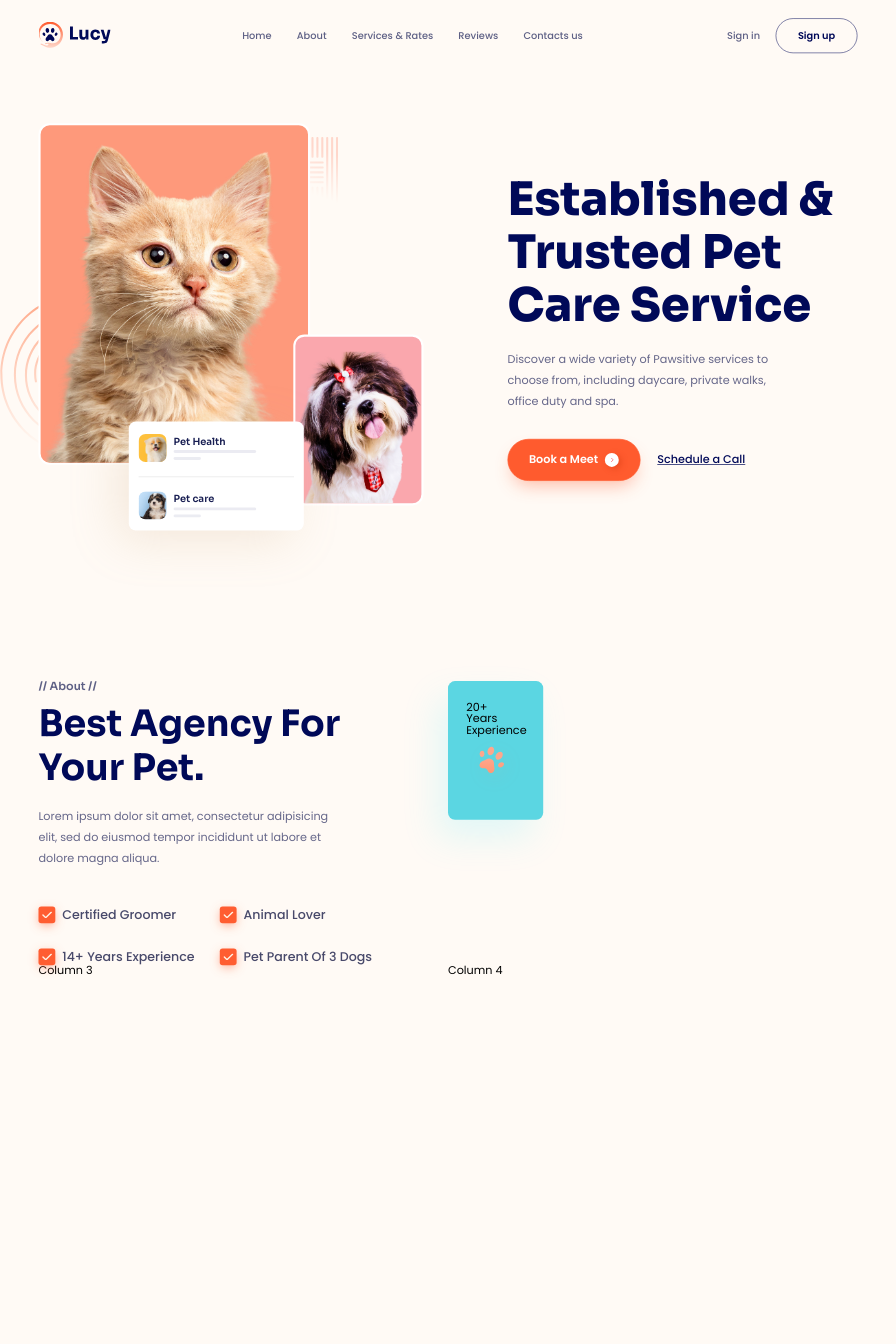
Repository: empty24062002/f8-project-05
Page: index.html
These files come from the project's save history. The page is drawn as it stood at one moment and after the next save; the edit follows.
The browser window is 1280 px wide. The pictures show the part of the page from y = 0 to 1920 px (the page is 10965 px tall), at 70% of full size.

Above is the page before, as saved 2023-09-11 10:07:48.

### index.html
<!DOCTYPE html>
<html lang="en">
    <head>
        <meta charset="UTF-8" />
        <meta name="viewport" content="width=device-width, initial-scale=1.0" />
        <title>Lucy</title>
        <!-- favicon -->
        <link
            rel="apple-touch-icon"
            sizes="57x57"
            href="./assets/favicon/apple-icon-57x57.png"
        />
        <link
            rel="apple-touch-icon"
            sizes="60x60"
            href="./assets/favicon/apple-icon-60x60.png"
        />
        <link
            rel="apple-touch-icon"
            sizes="72x72"
            href="./assets/favicon/apple-icon-72x72.png"
        />
        <link
            rel="apple-touch-icon"
            sizes="76x76"
            href="./assets/favicon/apple-icon-76x76.png"
        />
        <link
            rel="apple-touch-icon"
            sizes="114x114"
            href="./assets/favicon/apple-icon-114x114.png"
        />
        <link
            rel="apple-touch-icon"
            sizes="120x120"
            href="./assets/favicon/apple-icon-120x120.png"
        />
        <link
            rel="apple-touch-icon"
            sizes="144x144"
            href="./assets/favicon/apple-icon-144x144.png"
        />
        <link
            rel="apple-touch-icon"
            sizes="152x152"
            href="./assets/favicon/apple-icon-152x152.png"
        />
        <link
            rel="apple-touch-icon"
            sizes="180x180"
            href="./assets/favicon/apple-icon-180x180.png"
        />
        <link
            rel="icon"
            type="image/png"
            sizes="192x192"
            href="./assets/favicon/android-icon-192x192.png"
        />
        <link
            rel="icon"
            type="image/png"
            sizes="32x32"
            href="./assets/favicon/favicon-32x32.png"
        />
        <link
            rel="icon"
            type="image/png"
            sizes="96x96"
            href="./assets/favicon/favicon-96x96.png"
        />
        <link
            rel="icon"
            type="image/png"
            sizes="16x16"
            href="./assets/favicon/favicon-16x16.png"
        />
        <link rel="manifest" href="./assets/favicon/manifest.json" />
        <meta name="msapplication-TileColor" content="#ffffff" />
        <meta
            name="msapplication-TileImage"
            content="./assets/favicon/ms-icon-144x144.png"
        />
        <meta name="theme-color" content="#ffffff" />
        <!-- reset CSS -->
        <link rel="stylesheet" href="./assets/css/reset.css" />
        <!-- embed font -->
        <link rel="preconnect" href="https://fonts.googleapis.com" />
        <link rel="preconnect" href="https://fonts.gstatic.com" crossorigin />
        <link
            href="https://fonts.googleapis.com/css2?family=Poppins:wght@300;400;500;600&family=Sora:wght@600;700;800&display=swap"
            rel="stylesheet"
        />
        <!-- style css -->
        <link rel="stylesheet" href="./assets/css/styles.css" />
    </head>
    <body>
        <!-- header -->
        <header class="header">
            <div class="container">
                <div class="header__inner">
                    <!-- logo -->
                    <a href="#!">
                        <img
                            src="./assets/img/logo.svg"
                            alt="Lucy"
                            class="header__logo"
                        />
                    </a>
                    <!-- navbar -->
                    <nav class="navbar">
                        <ul class="navbar__list">
                            <li class="navbar__item">
                                <a href="#!" class="navbar__link"> Home </a>
                            </li>
                            <li class="navbar__item">
                                <a href="#!" class="navbar__link"> About </a>
                            </li>
                            <li class="navbar__item">
                                <a href="#!" class="navbar__link"
                                    >Services & Rates
                                </a>
                            </li>
                            <li class="navbar__item">
                                <a href="#!" class="navbar__link"> Reviews </a>
                            </li>
                            <li class="navbar__item">
                                <a href="#!" class="navbar__link">
                                    Contacts us
                                </a>
                            </li>
                        </ul>
                    </nav>
                    <!-- header action -->
                    <div class="header-action">
                        <a href="#!" class="header-action__link">Sign in</a>
                        <a href="#!" class="btn header-action__btn">Sign up</a>
                    </div>
                </div>
            </div>
        </header>
        <!-- hero -->
        <section class="hero">
            <div class="container">
                <div class="hero__inner">
                    <!-- hero media -->
                    <div class="hero__media">
                        <div class="hero__img-wrap">
                            <img
                                src="./assets/img/hero__img1.png"
                                alt=""
                                class="hero__img"
                            />

                            <!-- Decorators -->
                            <img
                                src="./assets/img/decor__01.svg"
                                alt=""
                                class="hero__decor hero__decor-left"
                            />
                            <img
                                src="./assets/img/decor__02.svg"
                                alt=""
                                class="hero__decor hero__decor-right"
                            />
                        </div>
                        <div class="hero__img-wrap hero__img-wrap-small">
                            <img
                                src="./assets/img/hero__img2.png"
                                alt=""
                                class="hero__img"
                            />
                        </div>

                        <div class="hero__list">
                            <!-- hero list item 1 -->
                            <section class="hero-list-item">
                                <img
                                    src="./assets/img/hero__img3.png"
                                    alt=""
                                    class="hero-list-item__thump"
                                />
                                <div class="hero-list-item__info">
                                    <p class="hero-list-item__title">
                                        Pet Health
                                    </p>
                                    <div class="hero-list-item__skeleton"></div>
                                    <div
                                        class="hero-list-item__skeleton"
                                        style="--width: 39px"
                                    ></div>
                                </div>
                            </section>

                            <div class="hero-list-item__separate"></div>
                            <!-- hero list item 2 -->
                            <section class="hero-list-item">
                                <img
                                    src="./assets/img/hero__img4.png"
                                    alt=""
                                    class="hero-list-item__thump"
                                />
                                <div class="hero-list-item__info">
                                    <p class="hero-list-item__title">
                                        Pet care
                                    </p>
                                    <div class="hero-list-item__skeleton"></div>
                                    <div
                                        class="hero-list-item__skeleton"
                                        style="--width: 39px"
                                    ></div>
                                </div>
                            </section>
                        </div>
                    </div>
                    <!-- hero content -->
                    <section class="hero__content">
                        <h1 class="hero__heading">
                            Established & Trusted Pet Care Service
                        </h1>
                        <p class="hero__desc">
                            Discover a wide variety of Pawsitive services to
                            choose from, including daycare, private walks,
                            office duty and spa.
                        </p>
                        <div class="hero__row">
                            <a href="#!" class="btn btn--primary hero__cta-btn">
                                Book a Meet
                                <span class="btn__icon">
                                    <svg
                                        width="5"
                                        height="6"
                                        viewBox="0 0 5 6"
                                        fill="none"
                                        xmlns="http://www.w3.org/2000/svg"
                                    >
                                        <path
                                            d="M1.48584 0.5L3.98584 3L1.48584 5.5"
                                            stroke="#FD5056"
                                            stroke-linecap="round"
                                            stroke-linejoin="round"
                                        />
                                    </svg>
                                </span>
                            </a>
                            <a href="#!" class="hero__cta-link">
                                Schedule a Call
                            </a>
                        </div>
                    </section>
                </div>
            </div>
        </section>
        <main style="height: 10000px">
            <!-- about -->
            <section class="about">
                <div class="container">
                    <div class="about__inner">
                        <section class="about__content">
                            <p class="about__lable">// About //</p>
                            <h2 class="about__heading section-heading">
                                Best Agency For Your Pet.
                            </h2>
                            <p class="about__desc section-desc">
                                Lorem ipsum dolor sit amet, consectetur
                                adipisicing elit, sed do eiusmod tempor
                                incididunt ut labore et dolore magna aliqua.
                            </p>
                            <div class="about__checklist">
                                <span class="about__check-item">
                                    Certified Groomer
                                </span>
                                <span class="about__check-item">
                                    Animal Lover
                                </span>
                                <span class="about__check-item">
                                    14+ Years Experience
                                </span>
                                <span class="about__check-item">
                                    Pet Parent Of 3 Dogs
                                </span>
                            </div>
                        </section>
                        <div class="about__media">
                            <!-- About card -->
                            <div class="about__card">
                                <b class="about__card-title">20+</b>
                                <p class="about__card-desc">Years Experience</p>
                                <img
                                    src="./assets/img/about-decor1.svg"
                                    alt=""
                                    class="about__card-decor"
                                />
                            </div>
                        </div>
                        <div class="about__media">Column 3</div>
                        <section class="about__content">Column 4</section>
                    </div>
                </div>
            </section>
        </main>
    </body>
</html>

### assets/css/styles.css
* {
    box-sizing: border-box;
}

:root {
    --primary-color: #ff5b2e;
}

html {
    font-size: 62.5%;
}

body {
    font-size: 1.6rem;
    font-family: "Poppins", sans-serif;
    background: #fffaf5;
}

/* common */

h1,
h2,
h3,
h4,
h5,
h6 {
    font-family: "Sora", sans-serif;
}

input,
textarea,
select,
button {
    font-size: inherit;
    font-family: inherit;
}

a {
    text-decoration: none;
}

.container {
    width: 1170px;
    max-width: calc(100% - 48px);
    margin: 0 auto;
}

.btn {
    --height: 56px;

    display: inline-flex;
    align-items: center;
    justify-content: center;
    min-width: 130px;
    height: var(--height);
    line-height: var(--height);
    border: 1px solid rgb(0, 9, 88, 0.7);
    border-radius: 99px;
    color: #000958;
    text-align: center;
    font-size: 1.4rem;
    font-weight: 600;
}

.btn:hover {
    opacity: 0.8;
    cursor: pointer;
}

.btn--primary {
    background: var(--primary-color);
    color: #fff;
    border-color: var(--primary-color);
}

.btn__icon {
    display: flex;
    justify-content: center;
    align-items: center;
    margin-left: 10px;
    width: 20px;
    height: 20px;
    border-radius: 50%;
    background-color: #fff;
    box-shadow: 4px 3px 10px -1px rgba(191, 41, 0, 0.4);
}

.section-heading {
    color: #000958;
    font-family: "Sora", sans-serif;
    font-size: 5.2rem;
    font-weight: 700;
    line-height: 1.19;
}

.section-desc {
    margin-top: 24px;
    color: #656689;
    font-size: 1.6rem;
    font-weight: 400;
    line-height: 1.87; /* 187.5% */
}

/* header */
.header {
    padding: 26px 0;
}

.header__inner {
    display: flex;
    justify-content: space-between;
    align-items: center;
}

.navbar__list {
    display: flex;
}

.navbar__link,
.header-action__link {
    padding: 8px 18px;
    color: #5e6085;
    font-size: 1.4rem;
    font-weight: 500;
    line-height: 1; /* 100% */
}

.navbar__link:hover {
    color: #000958;
    text-shadow: 1px 0 0 currentColor;
}

.header-action__btn {
    --height: 50px;

    min-width: 117px;
}

/* hero */
.hero {
    margin-top: 74px;
}

.hero__inner {
    display: flex;
    justify-content: space-between;
    align-items: center;
    column-gap: 120px;
}

.hero__media {
    display: flex;
    position: relative;
    padding-bottom: 94px;
}

.hero__img-wrap {
    position: relative;
    display: flex;
    justify-content: center;
    align-items: flex-end;
    width: 388px;
    height: 488px;
    border: 3px solid #fff;
    border-radius: 16px;
    background: #fe997b;
}

.hero__img {
    max-width: 100%;
    max-height: 100%;
    border-radius: inherit;
}

.hero__decor {
    position: absolute;
    z-index: -1;
}

.hero__decor-left {
    left: -58px;
    bottom: 10px;
}

.hero__decor-right {
    top: 16px;
    right: -43px;
}

.hero__img-wrap-small {
    align-self: flex-end;
    width: 186px;
    height: 244px;
    margin: 0 0 -58px -24px;
    border: 2px solod #f7dddf;
    background: #faa7ad;
}

.hero__list {
    position: absolute;
    left: 129px;
    bottom: 0;
    width: 250px;
    height: 156px;
    padding: 18px 14px;
    border-radius: 10px;
    background: #fff;
    box-shadow: -17px 14px 68px -4px rgba(207, 174, 132, 0.25);
}

.hero-list-item {
    display: flex;
    align-items: center;
}

.hero-list-item:nth-of-type(2) .hero-list-item__thump {
    background-color: #c6e2fa;
}

.hero-list-item__thump {
    width: 40px;
    height: 40px;
    border-radius: 10px;
    object-fit: cover;
    background: #fec23f;
}

.hero-list-item__info {
    margin-left: 10px;
}

.hero-list-item__title {
    color: #181e52;
    font-family: "Sora", sans-serif;
    font-size: 1.4rem;
    font-weight: 600;
    line-height: 1;
}

.hero-list-item__separate {
    margin: 20px 0;
    width: 100%;
    height: 2px;
    background: #f2f2f2;
}

.hero-list-item__skeleton {
    margin-top: 6px;
    width: var(--width, 118px);
    height: 4px;
    border-radius: 10px;
    opacity: 0.08;
    background: #000958;
}

.hero__heading {
    color: #000958;
    font-size: 6.6rem;
    font-weight: 800;
    line-height: 1.15; /* 115.152% */
}

.hero__desc {
    width: 391px;
    margin-top: 24px;
    color: #656689;
    font-size: 1.6rem;
    font-weight: 400;
    line-height: 1.88;
}

.hero__row {
    display: flex;
    align-items: center;
    margin-top: 38px;
}

.hero__cta-btn {
    --height: 60px;

    min-width: 190px;
    font-size: 1.6rem;
    box-shadow: 0px 13px 26px -8px rgba(255, 91, 46, 0.42);
}

.hero__cta-link {
    margin-left: 24px;
    color: #000958;
    font-size: 1.6rem;
    font-weight: 500;
    line-height: 1;
    text-decoration: underline;
}
/* about */
.about {
    margin-top: 207px;
    padding: 8px 0;
}

.about__inner {
    display: grid;
    grid-template-columns: 1fr 1fr;
}

.about__lable {
    color: #5e6085;
    font-family: "Sora", sans-serif;
    font-size: 1.6rem;
    font-weight: 600;
    line-height: 1;
}

.about__heading {
    margin-top: 15px;
}

.about__heading,
.about__desc {
    width: 444px;
}

.about__checklist {
    display: grid;
    grid-template-columns: auto auto;
    justify-content: flex-start;
    gap: 36px;
    margin-top: 54px;
}

.about__check-item {
    position: relative;
    display: flex;
    align-items: center;
    column-gap: 10px;
    color: #48496a;
    font-size: 1.8rem;
    font-weight: 500;
    line-height: 1;
}

.about__check-item::before {
    content: "";
    display: inline-block;
    width: 24px;
    height: 24px;
    background: #ff5d31;
    box-shadow: 0px 4px 15px -3px #ff5d31b0;
    border-radius: 4px;
}

.about__check-item::after {
    content: url(../icons/check-item.svg);
    position: absolute;
    top: 2px;
    left: 5px;
}

.about__card {
    width: 136px;
    padding: 30px 26px;
    border-radius: 10px;
    background: #5bd6e2;
    box-shadow: -15px 26px 48px 0px rgba(85, 240, 255, 0.17);
}

Loaded but not shown: assets/css/reset.css (common file)

After the next save:
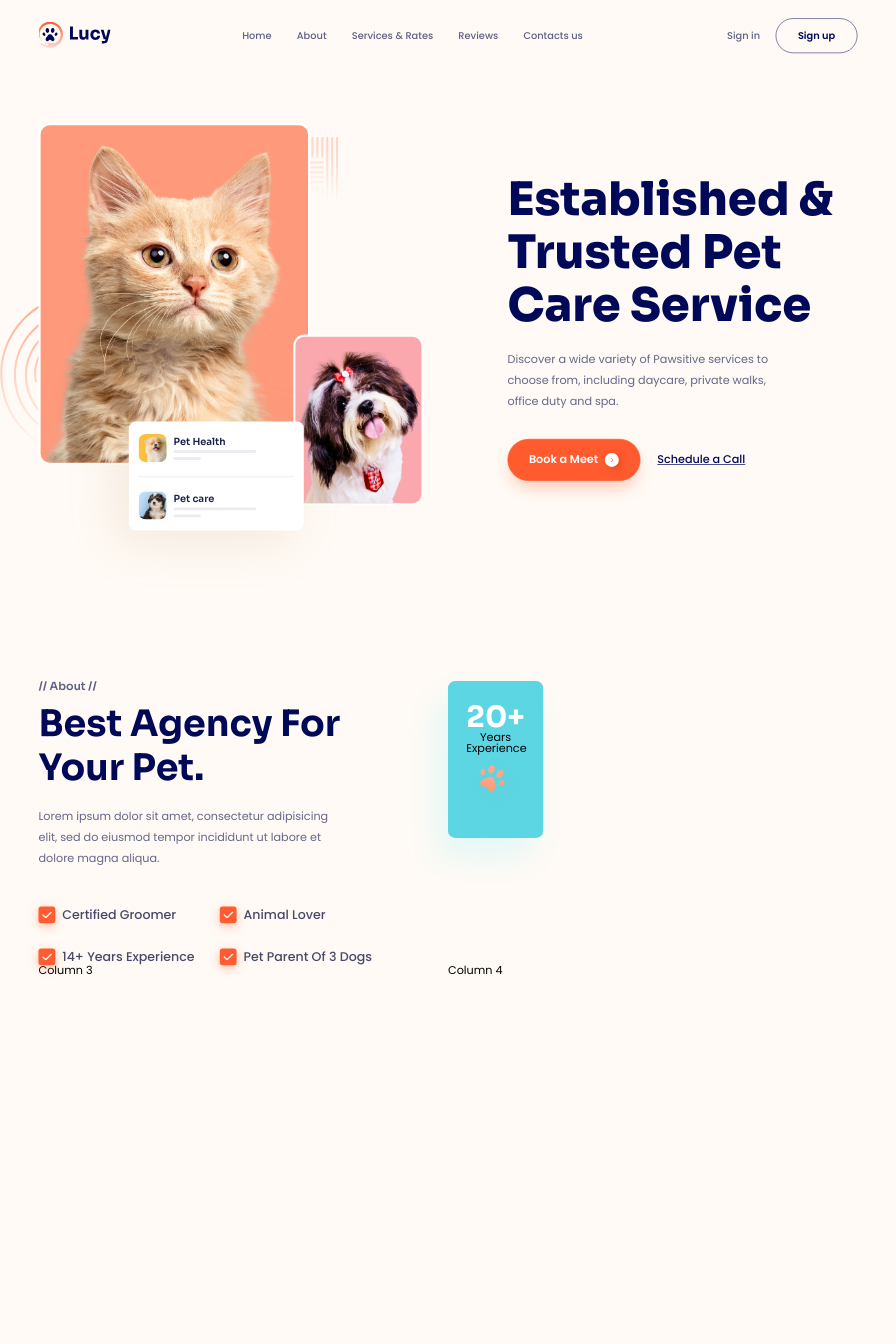
Saved 60 s later.
--- a/assets/css/styles.css
+++ b/assets/css/styles.css
@@ -358,7 +358,16 @@ a {
 .about__card {
     width: 136px;
     padding: 30px 26px;
+    text-align: center;
     border-radius: 10px;
     background: #5bd6e2;
     box-shadow: -15px 26px 48px 0px rgba(85, 240, 255, 0.17);
 }
+
+.about__card-title {
+    color: #fff;
+    font-family: "Sora", sans-serif;
+    font-size: 4.2rem;
+    font-weight: 700;
+    line-height: 1;
+}
